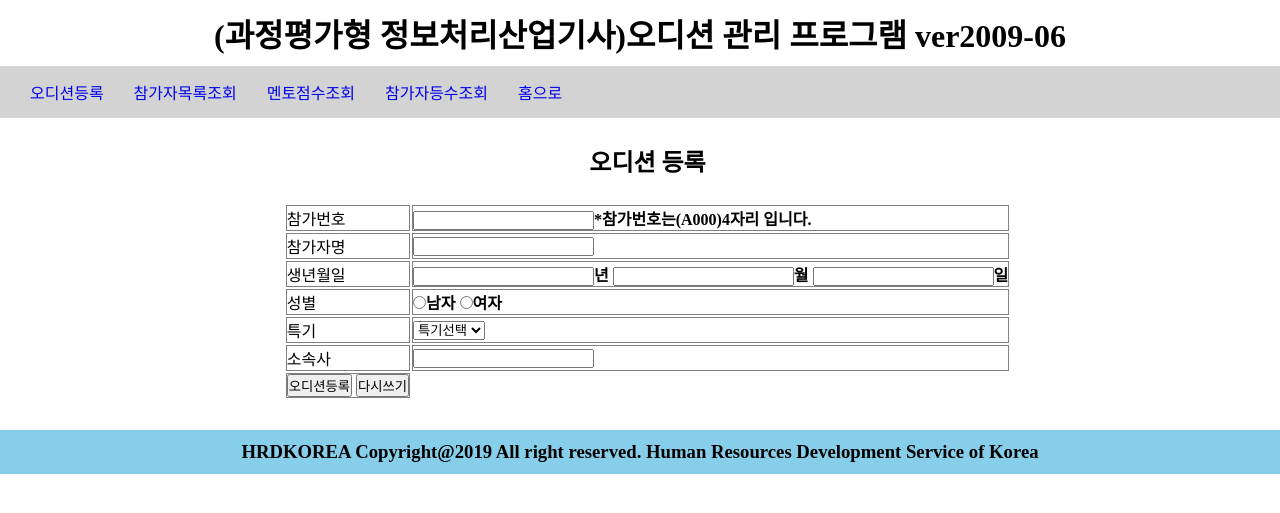
Repository: chyun94/JSP-
Page: http://localhost/Kingdom/insert.jsp
An editor plug-in stored every save of this project. The page is shown before and after the next save, followed by the edit.
The browser window is 1280 px wide. The pictures show the whole page.
The page is served by Tomcat 9.

Above is the page before, as saved 2021-05-11 12:33:28.

After the next save:
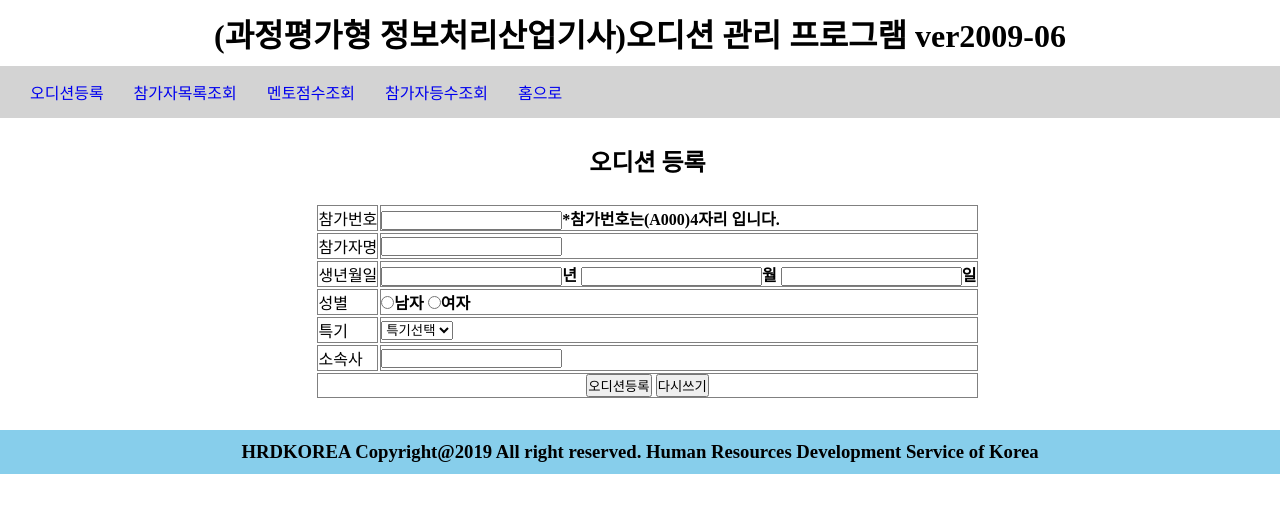
Saved 11 s later.
--- a/Kingdom/WebContent/insert.jsp
+++ b/Kingdom/WebContent/insert.jsp
@@ -155,7 +155,7 @@ text-align: center; background: skyblue; padding: 11px;
 			</tr>
 			<tr>
 
-				<th style="text-align: center;" colspan="1">
+				<th style="text-align: center;" colspan="2">
 					<input type="button" onclick="send()" value="오디션등록" >
 					<input type="button" onclick="re()" value="다시쓰기">
 				</th>
